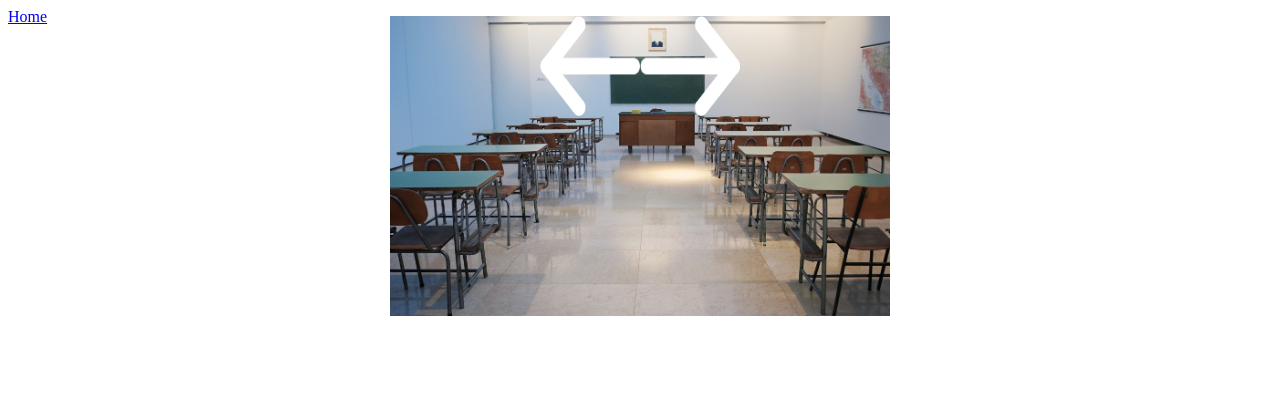
Repository: RonanKhalilOlaes/Class08
Page: /carouselPage
The author's editor kept a copy of each file at every save. The page is drawn from the files as they stood at one save, then again after the next save.
The browser window is 1280 px wide. The pictures show the whole page.
The project was rebuilt for these pictures with package versions that can differ from the ones it lists, and the page was loaded fresh each time. The framework's server and built-in components were replaced by stand-ins that run in the browser. Also part of the build but not shown: next.config.js.

Above is the page before, as saved 2023-02-20 22:44:39.

### pages/carouselPage.js
import Carousel from "@/component/carousel";
import Link from "next/link";

export default function CarouselPage() {
    return (
        <>
            <Link href="/">Home</Link>
            <Carousel/>
        </>
    )
}

### styles/globals.css
:root {

}

### component/carousel/index.js

import Image from "next/image"
import { useState } from "react"
import styles from '@/styles/Carousel.module.css'

export default function Carousel () {

    const [img, setImg] = useState(0);

    const changeImage = (change) => {
            if(change == "backward") {
                setImg(img - 1);

                if(img == 0){
                    setImg(5);
                }
                console.log(img);

            }else if (change == "forward") {
                setImg(img +1);
                if(img == 5) {
                    setImg(0);
                }
                console.log(img);
            }

        }

    return (
        <div
            className={styles.carousel}
            id="carouselImage"
            style={{ height: "200px",
            backgroundRepeat: "no-repeat",
            backgroundSize: "cover",
            display: "flex",
            justifyContent: "center",
            alignItems: "center",
            margin: "40px 0px" }}
        >
            <div style={{
                backgroundImage:"url(/carousel-images/" + img + ".jpg)",
                backgroundSize: 'cover',
                backgroundRepeat: "no-repeat",
                width: 500,
                height: 300
            }}>

            <div className={styles.arrow}>
                <Image
                    src={"/icons/leftArrow.png"}
                    alt={"/icons/leftArrow.png"}
                    width={100}
                    height={100}
                    onClick={() => changeImage("backward")}
                />

                <Image
                    src={"/icons/rightArrow.png"}
                    alt={"/icons/rightArrow.png"}
                    width={100}
                    height={100}
                    onClick={() => changeImage("forward")}
                />
            </div>

            </div>
        </div>
    )
}

### component/carousel/Carousel.module.css
.carousel {
            height: "200px";
            background-Repeat: no-repeat;
            background-Size: "cover";
            display: flex;
            justify-Content: center;
            align-items: center;
            margin: 40px 0px;
}

.arrow {
    display: flex;
    justify-content: center;
}

Loaded but not shown: pages/_app.js (common file); pages/_document.js (common file)

After the next save:
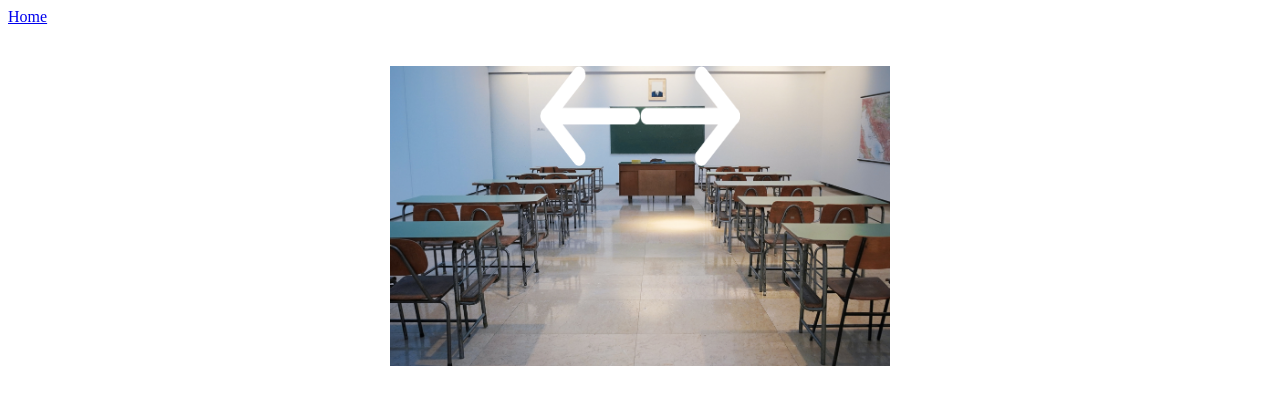
Saved 80 s later.
--- a/component/carousel/index.js
+++ b/component/carousel/index.js
@@ -1,7 +1,7 @@
 
 import Image from "next/image"
 import { useState } from "react"
-import styles from '@/styles/Carousel.module.css'
+import styles from '/component/carousel/Carousel.module.css'
 
 export default function Carousel () {
 
@@ -30,13 +30,6 @@ export default function Carousel () {
         <div
             className={styles.carousel}
             id="carouselImage"
-            style={{ height: "200px",
-            backgroundRepeat: "no-repeat",
-            backgroundSize: "cover",
-            display: "flex",
-            justifyContent: "center",
-            alignItems: "center",
-            margin: "40px 0px" }}
         >
             <div style={{
                 backgroundImage:"url(/carousel-images/" + img + ".jpg)",
